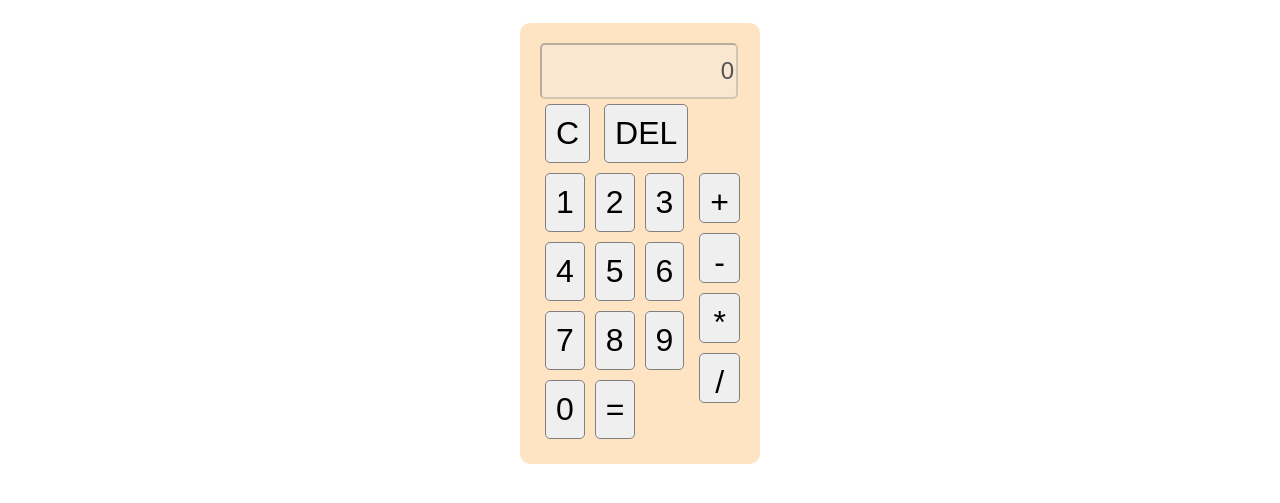
Repository: jaskeat/Calculator
Page: index.html
An editor plug-in stored every save of this project. The page is shown before and after the next save, followed by the edit.
The browser window is 1280 px wide. The pictures show the whole page.
The pointer rests on the first visible `button`.

Above is the page before, as saved 2024-09-05 13:19:40.

After the next save:
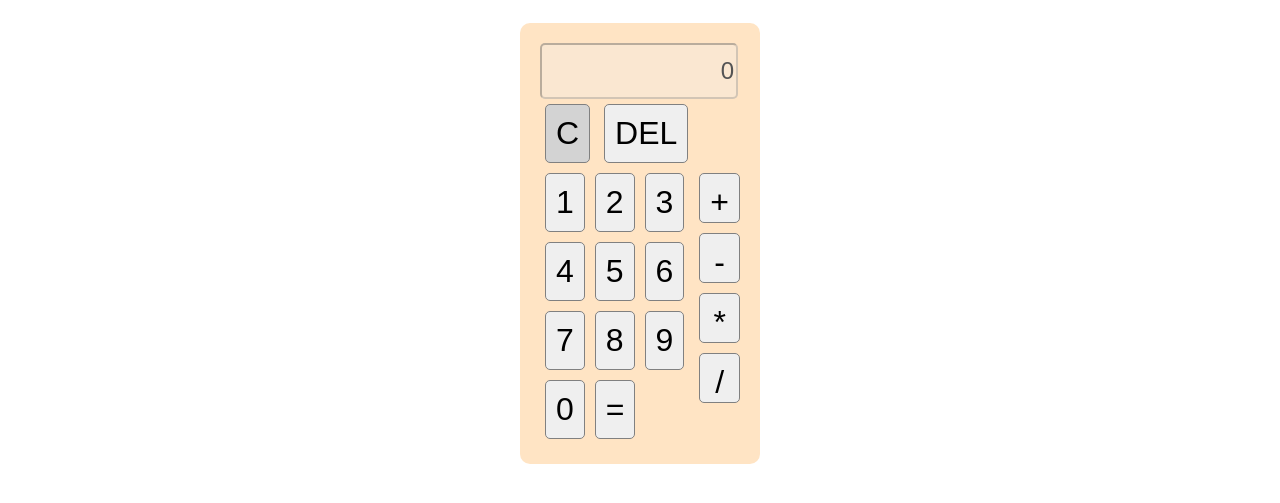
Saved 22 s later.
--- a/style.css
+++ b/style.css
@@ -20,6 +20,10 @@ button {
 	font-size: 1.3rem;
 }
 
+button:hover {
+	background-color: lightgrey;
+	cursor: pointer;
+}
 input {
 	width: 190px;
 	height: 50px;
